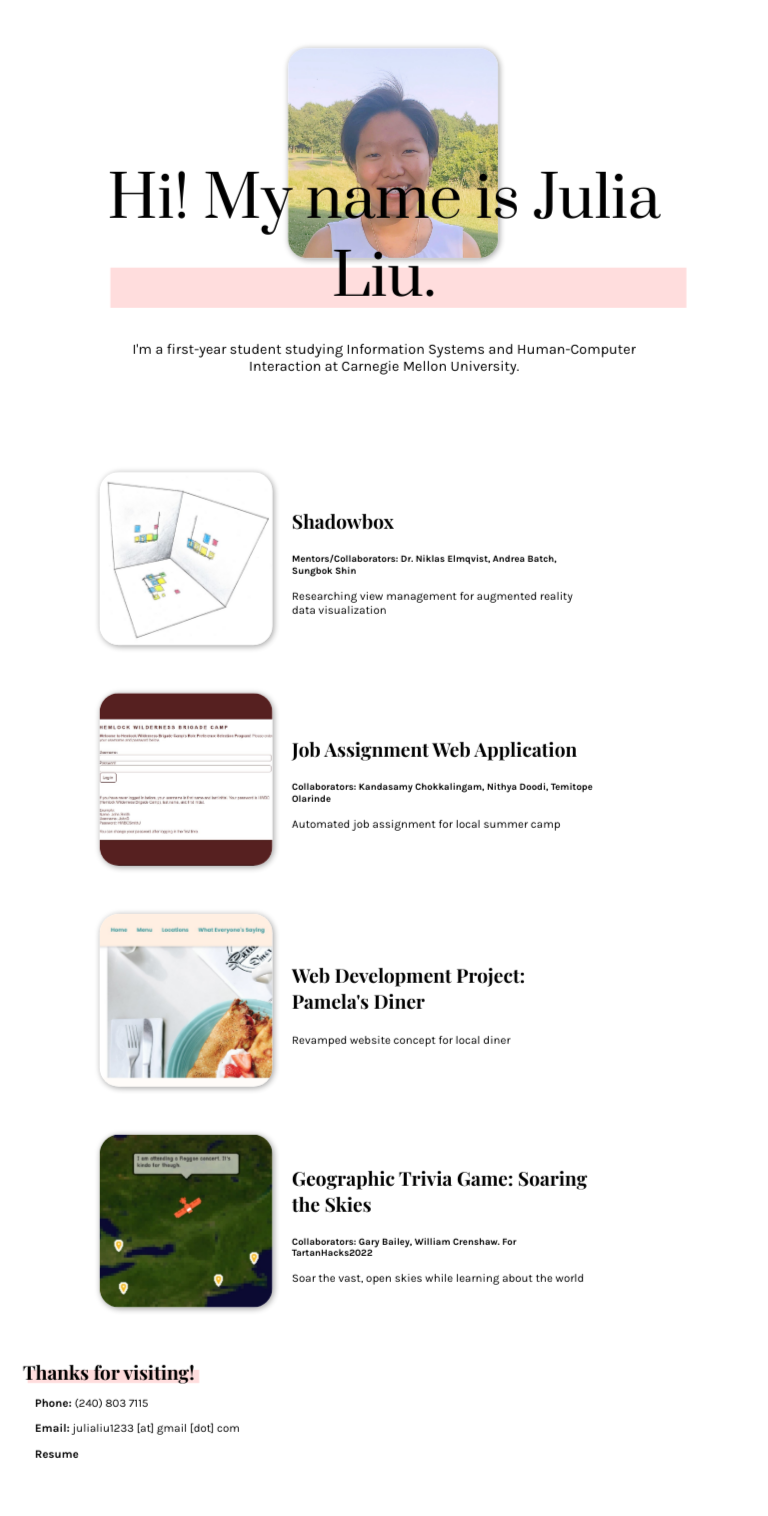
Repository: liu-julia/liu-julia.github.io
Page: index.html
These files come from the project's save history. The page is drawn as it stood at one moment and after the next save; the edit follows.
The browser window is 1280 px wide. The pictures show the whole page, at 60% of full size.

Above is the page before, as saved 2022-04-28 12:27:53.

After the next save:
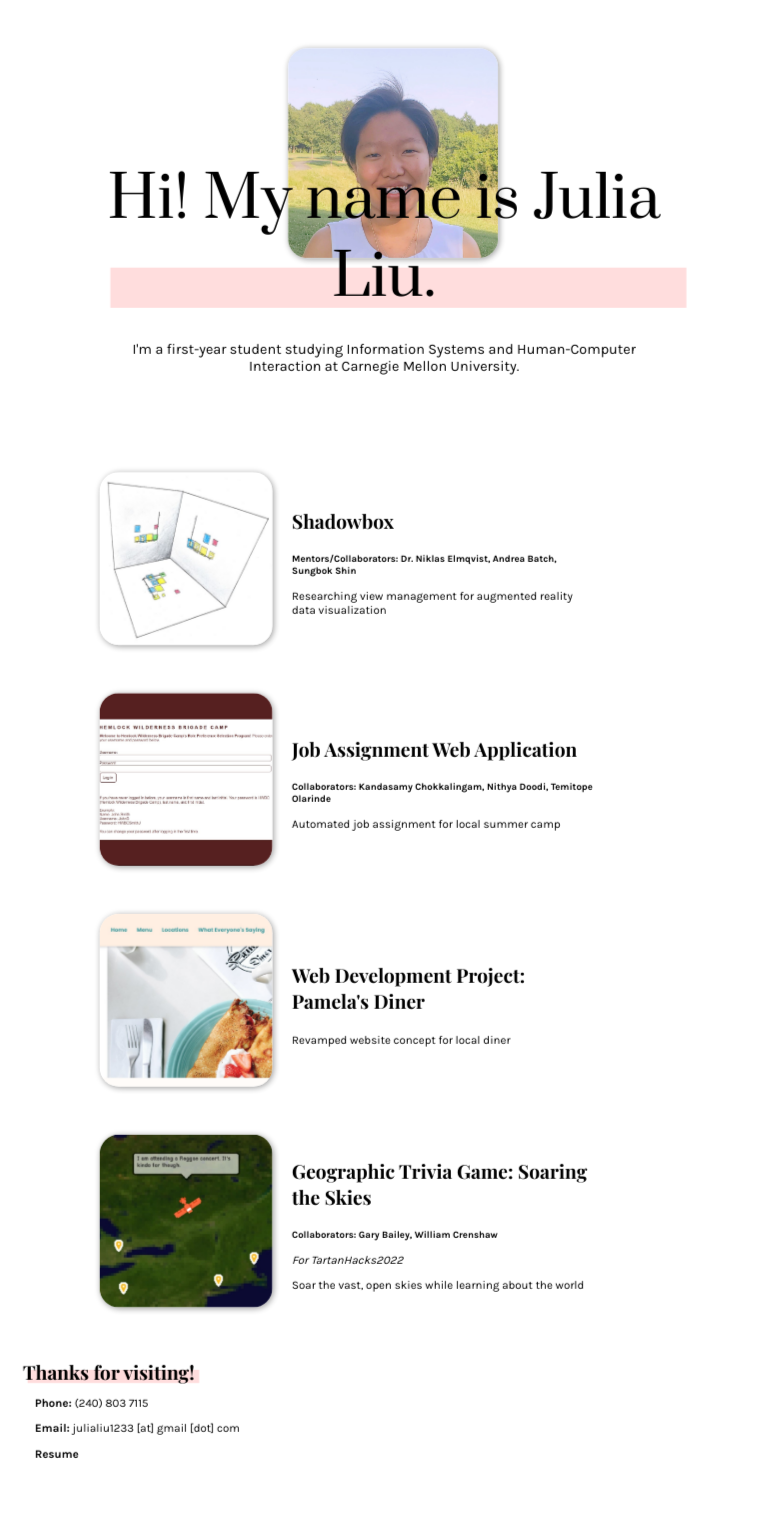
Saved 2 min 59 s later.
--- a/index.html
+++ b/index.html
@@ -55,7 +55,8 @@
             <img src="images/soaringtheskies.jpg" alt="Soaring the Skies - 2D airplane game">
             <div class="project-text">
                 <h3><a href="https://github.com/liu-julia/TartanHacks2022">Geographic Trivia Game: Soaring the Skies</a></h3>
-                <h4>Collaborators: Gary Bailey, William Crenshaw. For TartanHacks2022</h4>
+                <h4>Collaborators: Gary Bailey, William Crenshaw</h4>
+                <p><i>For TartanHacks2022</i></p>
                 <p>Soar the vast, open skies while learning about the world</p>
             </div>
         </div>
